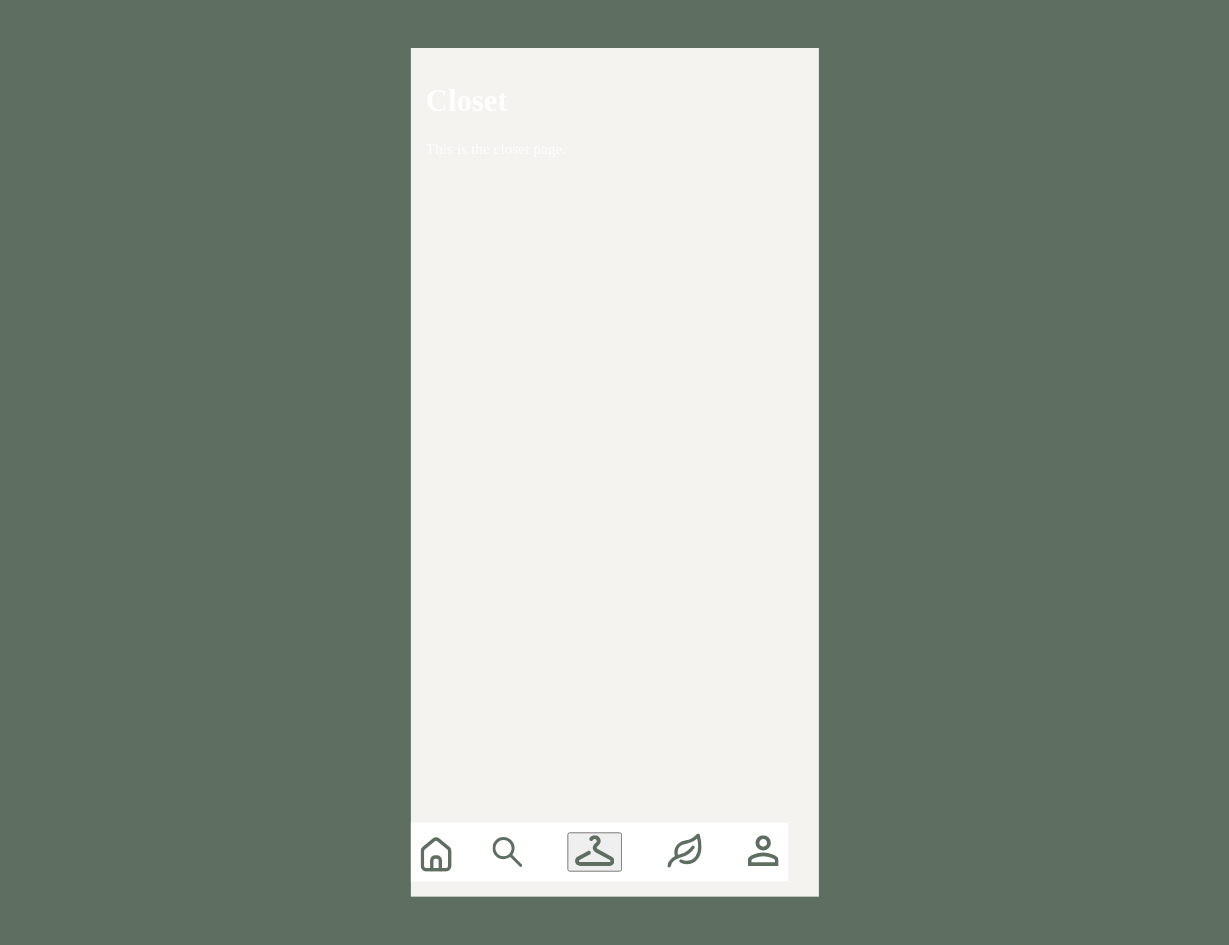
Repository: Strawb3rryjam/app-slotion
Page: /closet
The author's editor kept a copy of each file at every save. The page is drawn from the files as they stood at one save, then again after the next save.
The browser window is 1280 px wide. The pictures show the whole page, at 96% of full size.
The project was rebuilt for these pictures with package versions that can differ from the ones it lists, and the page was loaded fresh each time. Also part of the build but not shown: vite.config.js, src/App.css, src/css/closetPageButton.module.css. Imported but missing from the stored project, and not drawn on this page: src/pages/Home.

Above is the page before, as saved 2025-05-07 13:21:29.

### src/main.jsx
import { StrictMode } from 'react'
import { createRoot } from 'react-dom/client'
import './index.css'

import { BrowserRouter } from 'react-router-dom'
import App from './App.jsx'

createRoot(document.getElementById('root')).render(
  <StrictMode>
    <BrowserRouter>
      <App />
    </BrowserRouter>
  </StrictMode>
)

### src/index.css
:root {
  color: rgba(255, 255, 255, 0.87);
}

body {
  width: 393px;
  min-height: 852px;
  padding: 16px;
  margin: 0 auto;
  margin-top: 50px;
  margin-bottom: 50px;
  background-color: #F5F3EF;
  position: relative;

}

html {
  background-color: #5E6F62;
}

### src/App.jsx
import './App.css'
import Home from './pages/Home'
import Closet from './pages/Closet'
import {Routes, Route} from 'react-router-dom'
import NavBar from './components/NavBar'


function App() {
  return (
    <div>
      <NavBar />
      <main className = "main-content">
        <Routes>
          <Route path = "/" element = {<Home />} />
          <Route path = "/closet" element = {<Closet />} />

        </Routes>
      </main>
    </div>

  )
}

export default App

### src/pages/Closet.jsx

function Closet() {
  return (
    <div>
      <h1>Closet</h1>
      <p>This is the closet page.</p>
    </div>
  );
}

export default Closet;

### src/components/NavBar.jsx
import { Link } from "react-router-dom";
import styles from "../css/NavBar.module.css";  // Use this to import styles

/*images*/
import homeIcon from "../assets/Home.svg";
import searchIcon from "../assets/search.svg";
import closetIcon from "../assets/Hanger.svg";
import tipsIcon from "../assets/leaf.svg";
import profileIcon from "../assets/Profile.svg";

/*component*/
import ClosetButton from "../components/closetPageButton";


function NavBar() {
    return (
        <nav className={styles.navbar}> {/* Use styles.navbar for CSS modules */}
            <div className={styles["navbar-links"]}> {/* Use styles for other classes */}
                <Link to="/" className={styles.Home}>
                    <img src={homeIcon} alt="Home" className={styles["nav-icon"]} />
                </Link>
                <Link to="/Search" className={styles.Search}>
                    <img src={searchIcon} alt="Search" className={styles["nav-icon"]} />
                </Link>

                <ClosetButton /> {/* Include the ClosetButton component here */}


                <Link to="/Tips" className={styles.Tips}>
                    <img src={tipsIcon} alt="Tips" className={styles["nav-icon"]} />
                </Link>
                <Link to="/Profile" className={styles.Profile}>
                    <img src={profileIcon} alt="Profile" className={styles["nav-icon"]} />
                </Link>

            </div>
        </nav>
    );
}

export default NavBar;

### src/css/NavBar.module.css
.navbar {
    background-color: white;
    padding: 10px 0;
    width: 393px;
    position: absolute;
    bottom: 16px;
    left: 0;
    display: flex;
    justify-content: center;  /* Align the navbar content centrally */
}

.navbar-links {
    display: flex;
    justify-content: space-between; /* Space out the icons evenly */
    align-items: center;
    width: 100%; /* Take up the full width of the navbar */
    padding: 0 10px; /* Add some padding to the sides */
  }


  /*icons*/
  .Home {
    width: 28.444px;
    height: 32px;
  }

  .Search{
    width: 31px;
    height: 31px;
  }

### src/components/closetPageButton.jsx
import { useState } from "react";
import { Link } from "react-router-dom";
import styles from "../css/closetPageButton.module.css"; // ✅ Make sure file name matches

// Import icons
import closetNotActive from "../assets/Hanger.svg";
import closetActive from "../assets/HangerActive.svg";



export default function ClosetButton() {
    const [isActive, setIsActive] = useState(false);

    const handleClick = () => {
        setIsActive(!isActive);
    };

    return (
        <div className={styles.closetWrapper}>
            {isActive && (
                <div className={styles.dropdown}>
                    <Link to="/CreatePost" className={styles.dropdownOption}>Create Post</Link>
                    <Link to="/Closet" className={styles.dropdownOption}>View Closet</Link>
                </div>
            )}
            <button onClick={handleClick} className={styles.Closet}>
                <img
                    src={isActive ? closetActive : closetNotActive}
                    alt="Closet"
                    className={styles["nav-icon"]}
                />
            </button>
        </div>
    );
}

Loaded but not shown: index.html (common file)

After the next save:
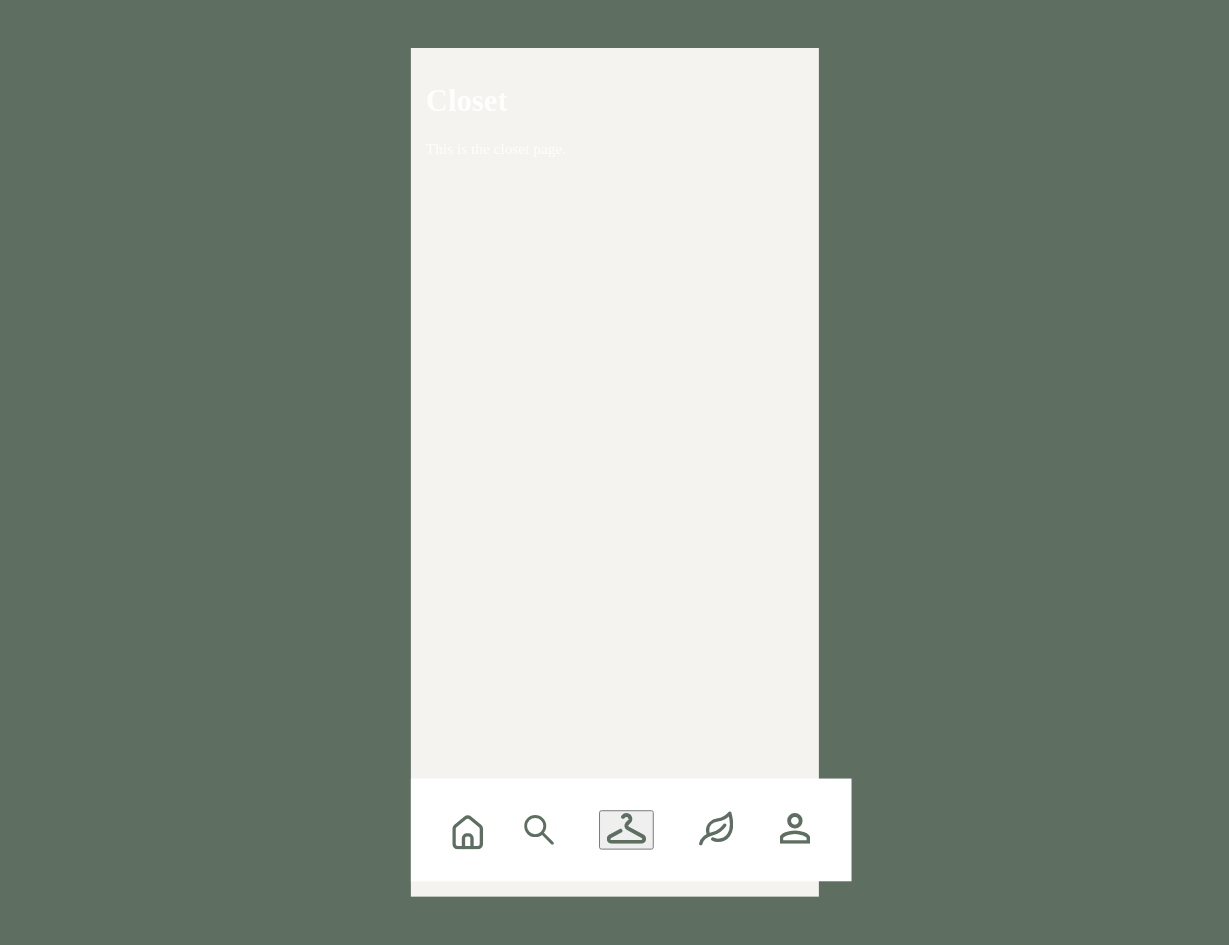
Saved 29 s later.
--- a/src/css/NavBar.module.css
+++ b/src/css/NavBar.module.css
@@ -1,6 +1,6 @@
 .navbar {
     background-color: white;
-    padding: 10px 0;
+    padding: 33px;
     width: 393px;
     position: absolute;
     bottom: 16px;
